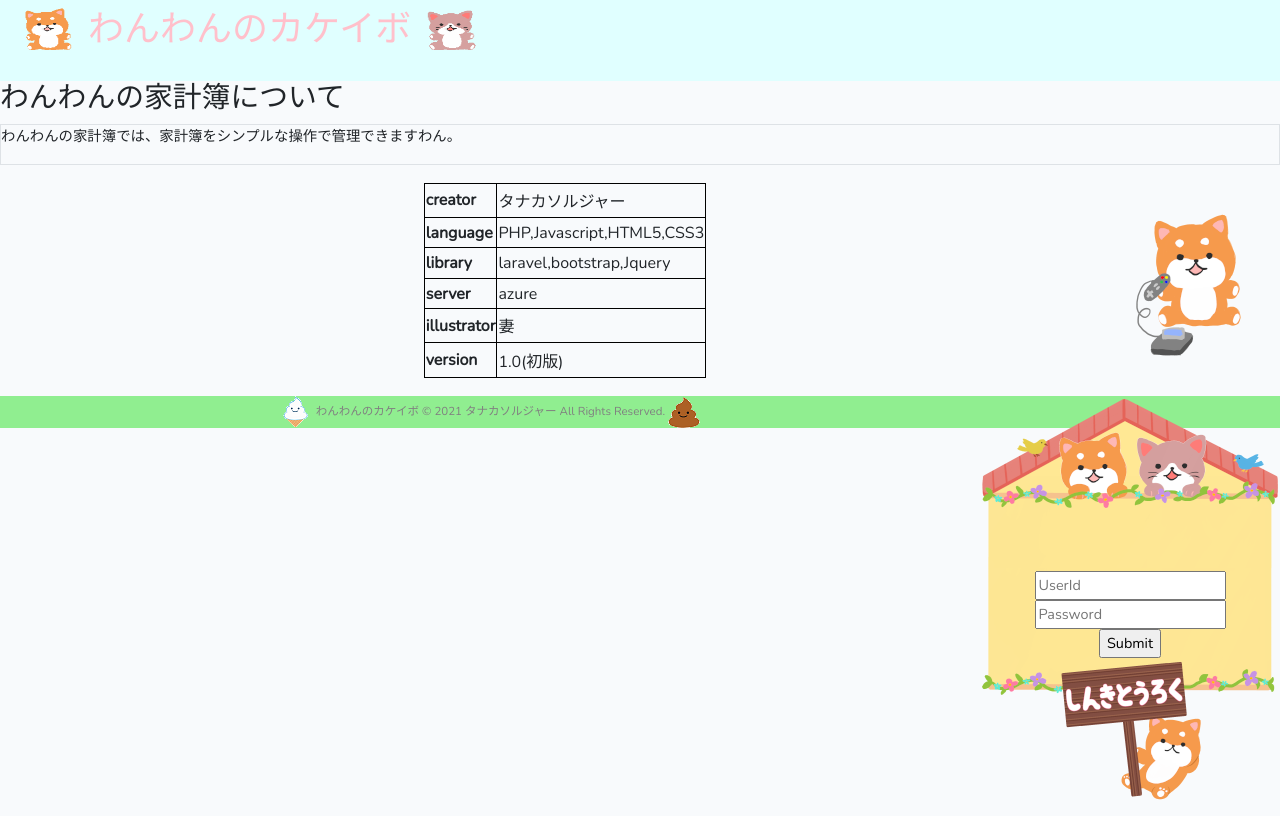
Repository: tatsuya-tanaka27/wanwannokakeibo
Page: http://localhost/wanwannokakeibo/login
The author's editor kept a copy of each file at every save. The page is drawn from the files as they stood at one save, then again after the next save.
The browser window is 1280 px wide. The pictures show the whole page.
Some web fonts or font styles are not loaded; a fallback is used. The page is served by the project's Laravel application, run on PHP 8.4 with Laravel 8.

Above is the page before, as saved 2021-03-05 14:46:20.
Console error: ReferenceError: $ is not defined

After the next save:
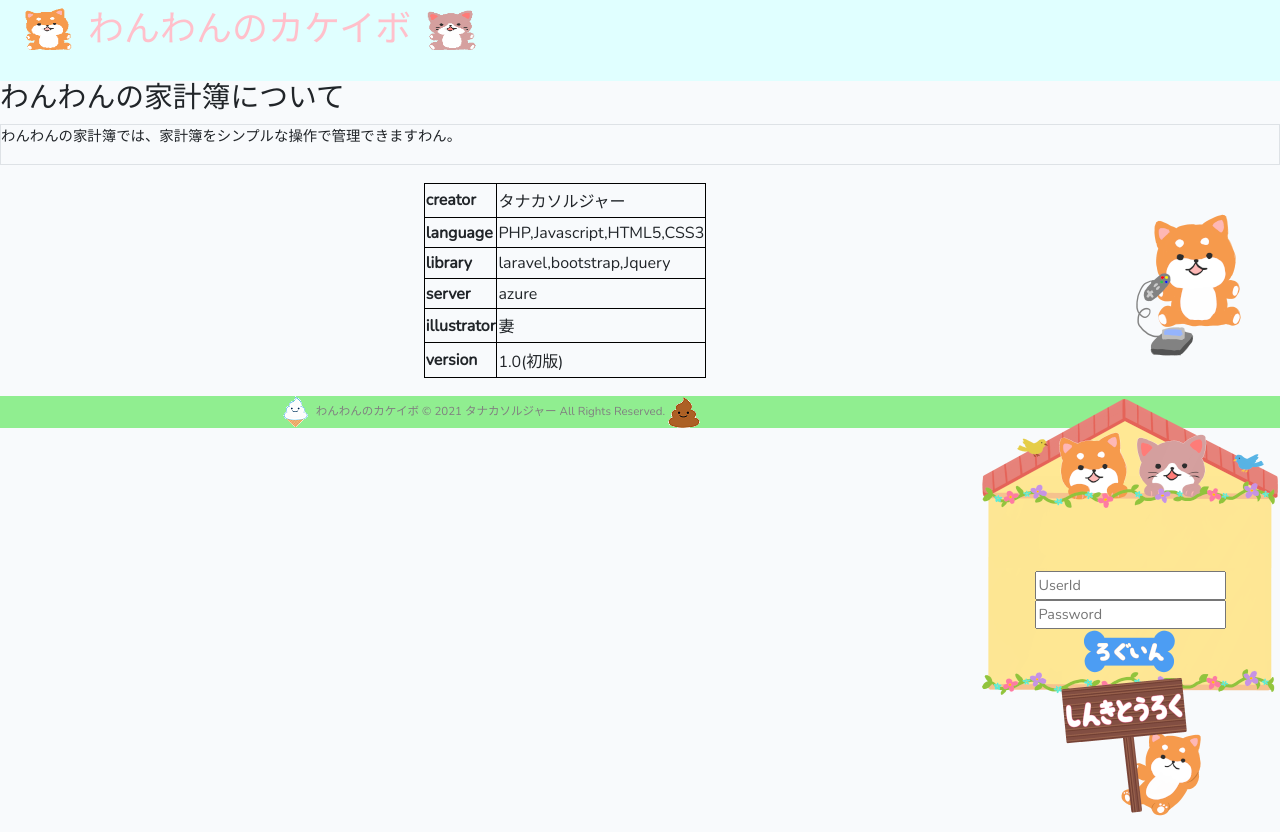
Saved 32 s later.
--- a/laravelapp/resources/views/kakeibo/login.blade.php
+++ b/laravelapp/resources/views/kakeibo/login.blade.php
@@ -55,7 +55,7 @@
 					<br />
 					<input id="login-pass" type="password" align="center" placeholder="Password" />
 					<br />
-                    <input id="login-submit" type="submit" class="img-fluid" src="/images/login100.PNG" name="login" alt="ログイン">
+                    <input id="login-submit" type="image" class="img-fluid" src="/images/login100.PNG" name="login" alt="ログイン">
 					<br />
 					<a href="userRegistration.html">
 						<img class="img-fluid" src="/images/shinkitoroku150.PNG" alt="しんきとうろく" />
